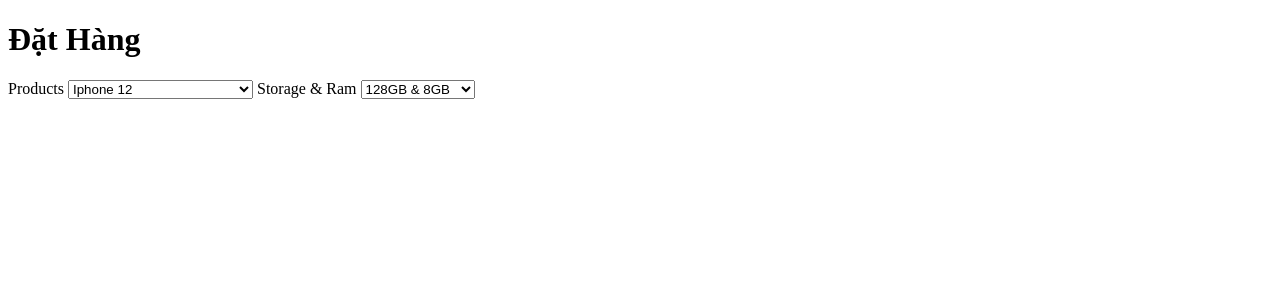
Repository: hisu87/WEB1043-JS
Page: Lab-Done-JS/Lab-7/html/Oder.html
An editor plug-in stored every save of this project. The page is shown before and after the next save, followed by the edit.
The browser window is 1280 px wide. The pictures show the whole page.

Above is the page before, as saved 2023-04-08 12:47:55.

### Lab-Done-JS/Lab-7/html/Oder.html
<!DOCTYPE html>
<html lang="en">
<head>
    <meta charset="UTF-8">
    <meta http-equiv="X-UA-Compatible" content="IE=edge">
    <meta name="viewport" content="width=device-width, initial-scale=1.0">
    <title>Oder</title>
</head>
<body>
    <h1>Đặt Hàng</h1>
    <form action="#">
        <label for="products">Products</label>
        <select name="products" id="products">
            <option value="1">Iphone 12</option>
            <option value="2">Iphone 12 Pro</option>
            <option value="3">Iphone 12 Pro Max</option>
            <option value="4">Iphone 12 Mini</option>
            <option value="5">SamSung Note 20 Ultra</option>
            <option value="6">SamSung Note 20</option>
            <option value="7">SamSung Note 20 Ultra 5G</option>
            <option value="8">SamSung Note 23 5G</option>
            <option value="9">SamSung Note 20 Ultra 5G</option>
            <option value="10">SamSung Note 20 Ultra 5G</option>
            <option value="11">Pixel 4Xl</option>
            <option value="12">Pixel 4</option>
            <option value="13">Pixel 4A</option>
            <option value="14">Pixel 6</option>
            <option value="15">Pixel 6 Pro</option>
            <option value="16">Pixel 7 Pro </option>
            <option value="17">Pixel 7</option>
        </select>
        <label for="storageandram">Storage & Ram</label>
        <select name="storageandram" id="storageandram">
            <option value="1">128GB & 8GB</option>
            <option value="2">256GB & 8GB</option>
            <option value="3">512GB & 8GB</option>
            <option value="4">1TB & 8GB</option>
            <option value="5">128GB & 12GB</option>
            <option value="6">256GB & 12GB</option>
            <option value="7">512GB & 12GB</option>
            <option value="8">1TB & 12GB</option>
            <option value="9">128GB & 16GB</option>
            <option value="10">256GB & 16GB</option>
            <option value="11">512GB & 16GB</option>
            <option value="12">1TB & 16GB</option>
        </select>


    </form>
</body>
</html>

After the next save:
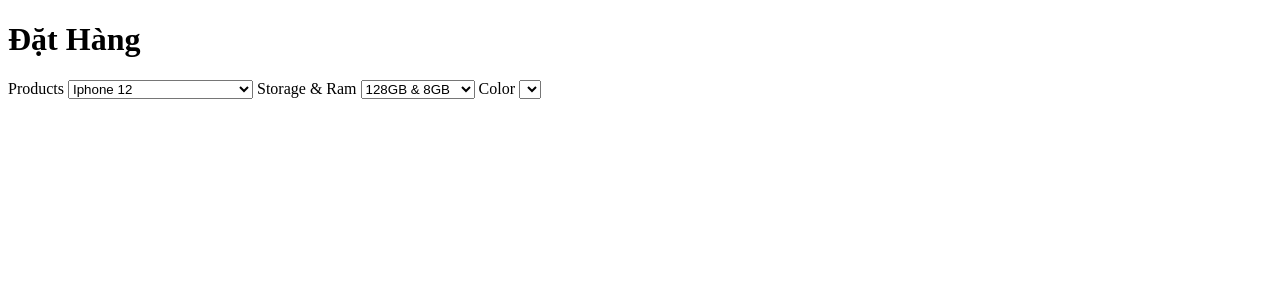
Saved 48 s later.
--- a/Lab-Done-JS/Lab-7/html/Oder.html
+++ b/Lab-Done-JS/Lab-7/html/Oder.html
@@ -44,6 +44,10 @@
             <option value="11">512GB & 16GB</option>
             <option value="12">1TB & 16GB</option>
         </select>
+        <label for="color">Color</label>
+        <select name="color" id="color">
+
+        </select>
 
 
     </form>
